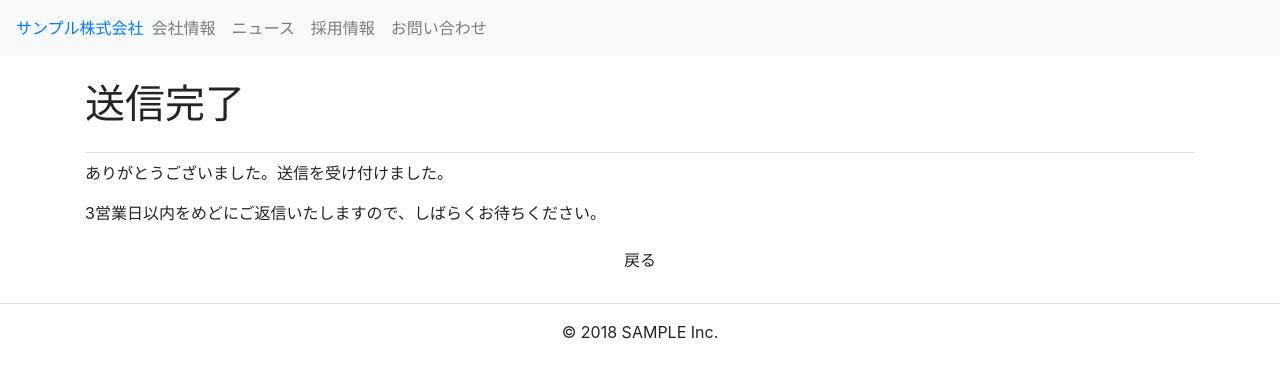
Repository: yoony212/frontend
Page: complete.html
The author's editor kept a record of every edit. The page is drawn from the files as they stood at one moment, then again after the next edit.
The browser window is 1280 px wide. The pictures show the whole page.
Some web libraries are served in a nearby version.

Above is the page before.

### complete.html
<!DOCTYPE html>
<html lang="ja">

<head>
    <meta charset="utf-8">
    <meta name="viewport" content="width=device-width, initial-scale=1, shrink-to-fit=no">

    <link rel="stylesheet" href="https://stackpath.bootstrapcdn.com/bootstrap/4.3.1/css/bootstrap.min.css">

    <title>送信完了 | サンプル株式会社</title>
</head>

<body>
    <header>
        <!-- 576px以上の画面幅のとき、メニューを表示する（それ未満なら折りたたむ）指定を追加 -->
        <nav class="navbar navbar-light bg-light navbar-expand-sm">
            <!-- 画面左上に表示するサイト名のリンクとして適切な表示をするための指定を追加 -->
            <a href="#" class="">サンプル株式会社</a>

            <button type="button" class="navbar-toggler" data-toggle="collapse" data-target="#nav-bar">
                <span class="navbar-toggler-icon"></span>
            </button>

            <div class="collapse navbar-collapse" id="nav-bar">
                <ul class="navbar-nav">
                    <li class="nav-item"><a href="#" class="nav-link">会社情報</a></li>
                    <li class="nav-item"><a href="#" class="nav-link">ニュース</a></li>
                    <li class="nav-item"><a href="#" class="nav-link">採用情報</a></li>
                    <!-- お問い合わせページを表示していることをわかりやすくする設定を追加 -->
                    <li class="nav-item"><a href="#" class="nav-link">お問い合わせ</a></li>
                </ul>
            </div>
        </nav>
    </header>
    <div class="container">
        <h1 class="mt-4 pb-4 border-bottom">送信完了</h1>
        <p>ありがとうございました。送信を受け付けました。</p>
        <p>3営業日以内をめどにご返信いたしますので、しばらくお待ちください。</p>
        <div class="text-center mb-4">
            <!-- 「戻る」ボタンを緑色にする設定を追加 -->
            <a href="contact.html" class="btn">戻る</a>
        </div>
    </div>
    <footer class="text-center pt-3 border-top">
        &copy; 2018 SAMPLE Inc.
    </footer>

    <script src="https://code.jquery.com/jquery-3.3.1.min.js"></script>
    <script src="https://cdnjs.cloudflare.com/ajax/libs/popper.js/1.14.6/umd/popper.min.js"></script>
    <script src="https://stackpath.bootstrapcdn.com/bootstrap/4.3.1/js/bootstrap.min.js"></script>
    <script defer src="https://use.fontawesome.com/releases/v5.10.2/js/all.js"></script>
</body>

</html>

After the next edit:
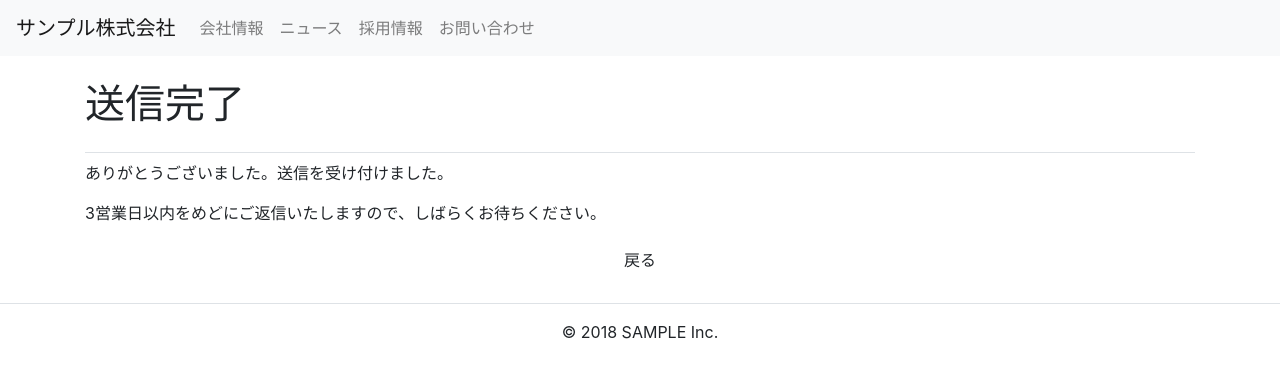
The edit:
--- a/complete.html
+++ b/complete.html
@@ -15,7 +15,7 @@
         <!-- 576px以上の画面幅のとき、メニューを表示する（それ未満なら折りたたむ）指定を追加 -->
         <nav class="navbar navbar-light bg-light navbar-expand-sm">
             <!-- 画面左上に表示するサイト名のリンクとして適切な表示をするための指定を追加 -->
-            <a href="#" class="">サンプル株式会社</a>
+            <a href="#" class="navbar-brand">サンプル株式会社</a>
 
             <button type="button" class="navbar-toggler" data-toggle="collapse" data-target="#nav-bar">
                 <span class="navbar-toggler-icon"></span>
